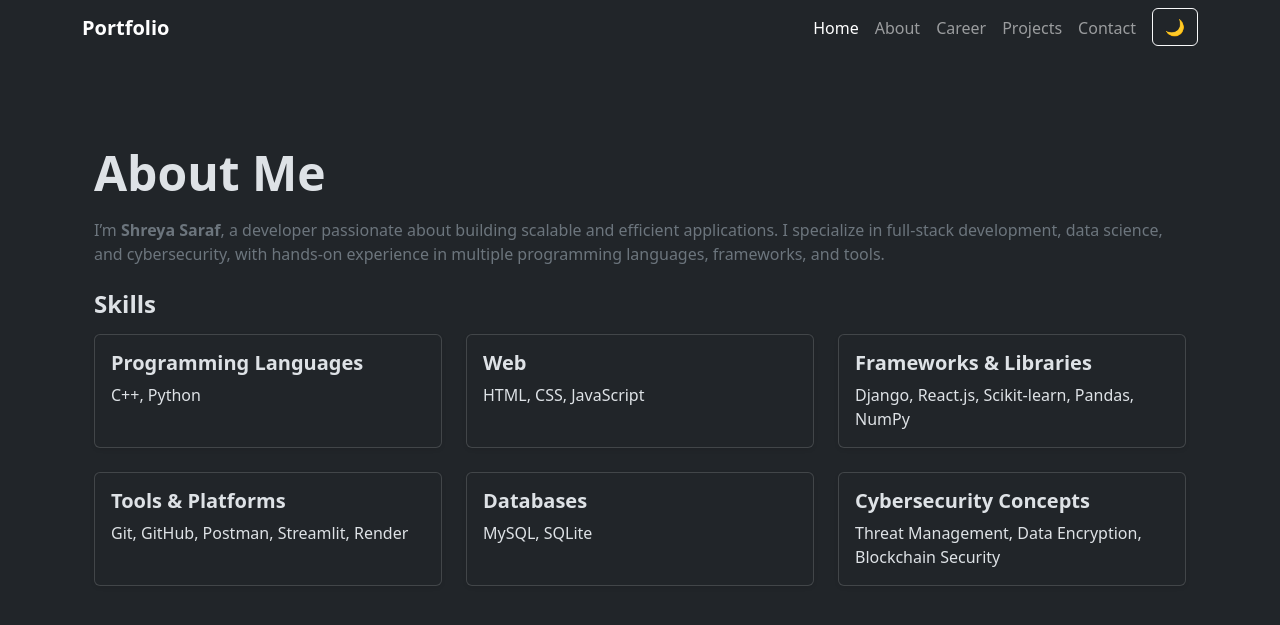
Repository: Shreyasaraf01/shreya-portfolio
Page: http://localhost/about/
An editor plug-in stored every save of this project. The page is shown before and after the next save, followed by the edit.
The browser window is 1280 px wide. The pictures show the whole page.
The page is served by the project's application, run on Django 5.2 (manage.py).

Above is the page before, as saved 2025-09-13 22:19:14.

After the next save:
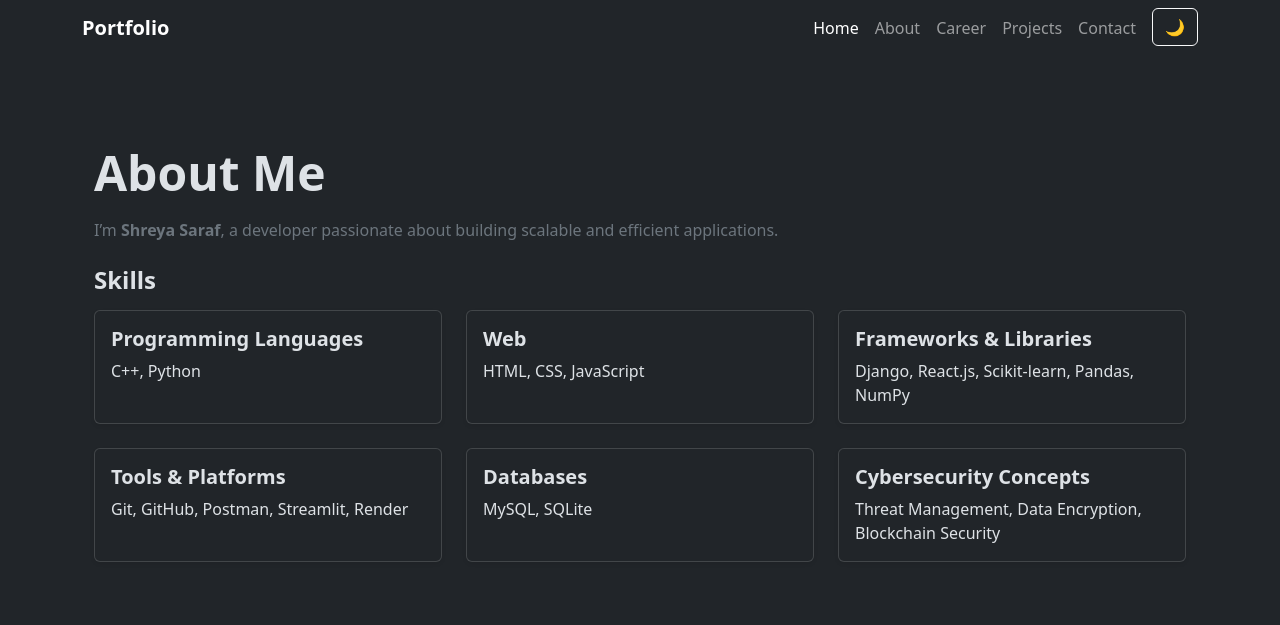
Saved 66 s later.
--- a/main/templates/main/about.html
+++ b/main/templates/main/about.html
@@ -5,7 +5,6 @@
   <h2 class="display-5 fw-bold mb-3">About Me</h2>
   <p class="fs-6 text-secondary mb-4">
     I’m <strong>Shreya Saraf</strong>, a developer passionate about building scalable and efficient applications.
-    I specialize in full-stack development, data science, and cybersecurity, with hands-on experience in multiple programming languages, frameworks, and tools.
   </p>
 
   <!-- Skills Section -->
